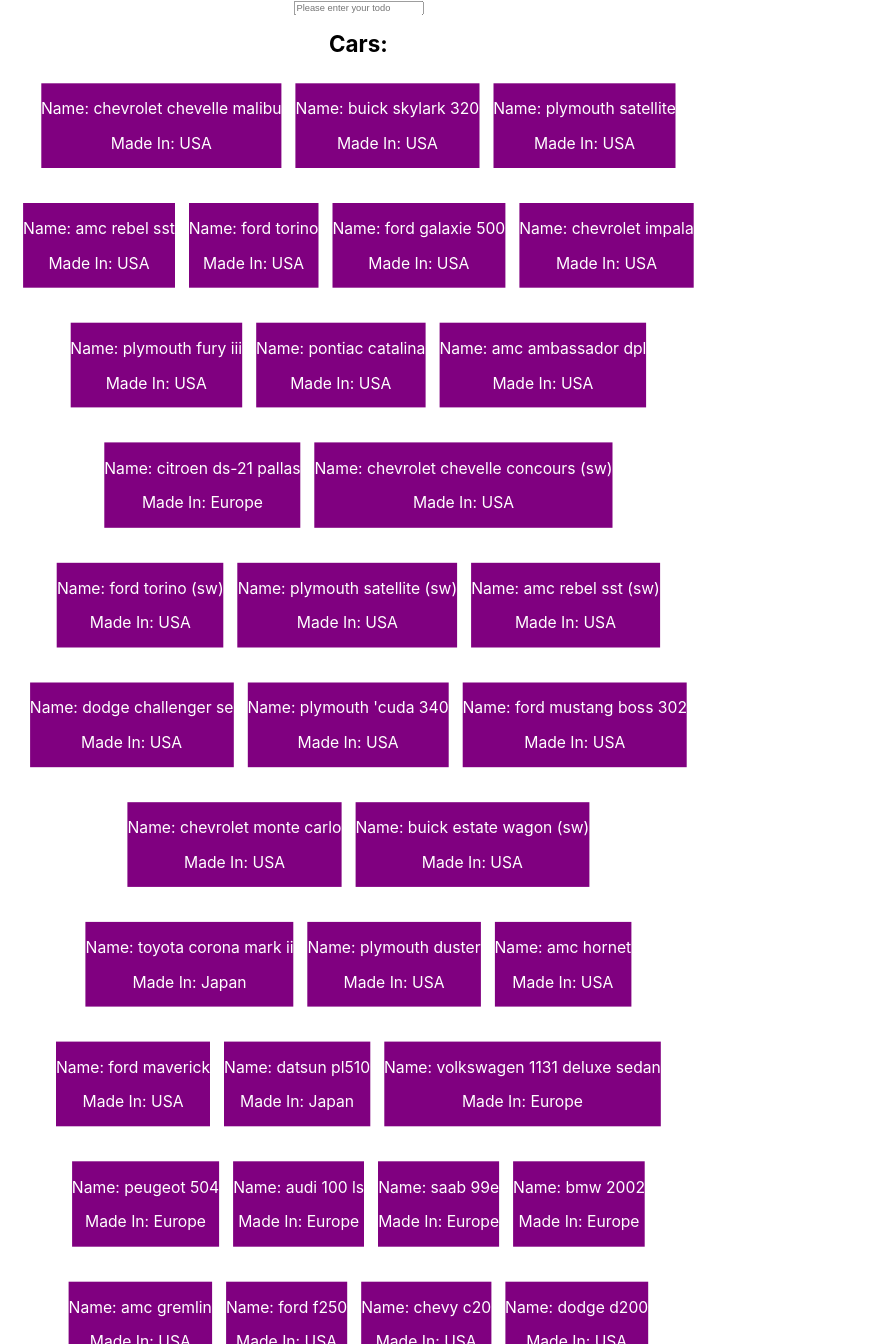
Repository: vhoreho/react
Page: / (app in myapp/)
An editor plug-in stored every save of this project. The page is shown before and after the next save, followed by the edit.
The browser window is 1280 px wide. The pictures show the part of the page from y = 0 to 1920 px (the page is 23021 px tall before and 30662 px after), at 70% of full size.
The project was rebuilt for these pictures with package versions that can differ from the ones it lists, and the page was loaded fresh each time.

Above is the page before, as saved 2022-08-08 20:51:48.

After the next save:
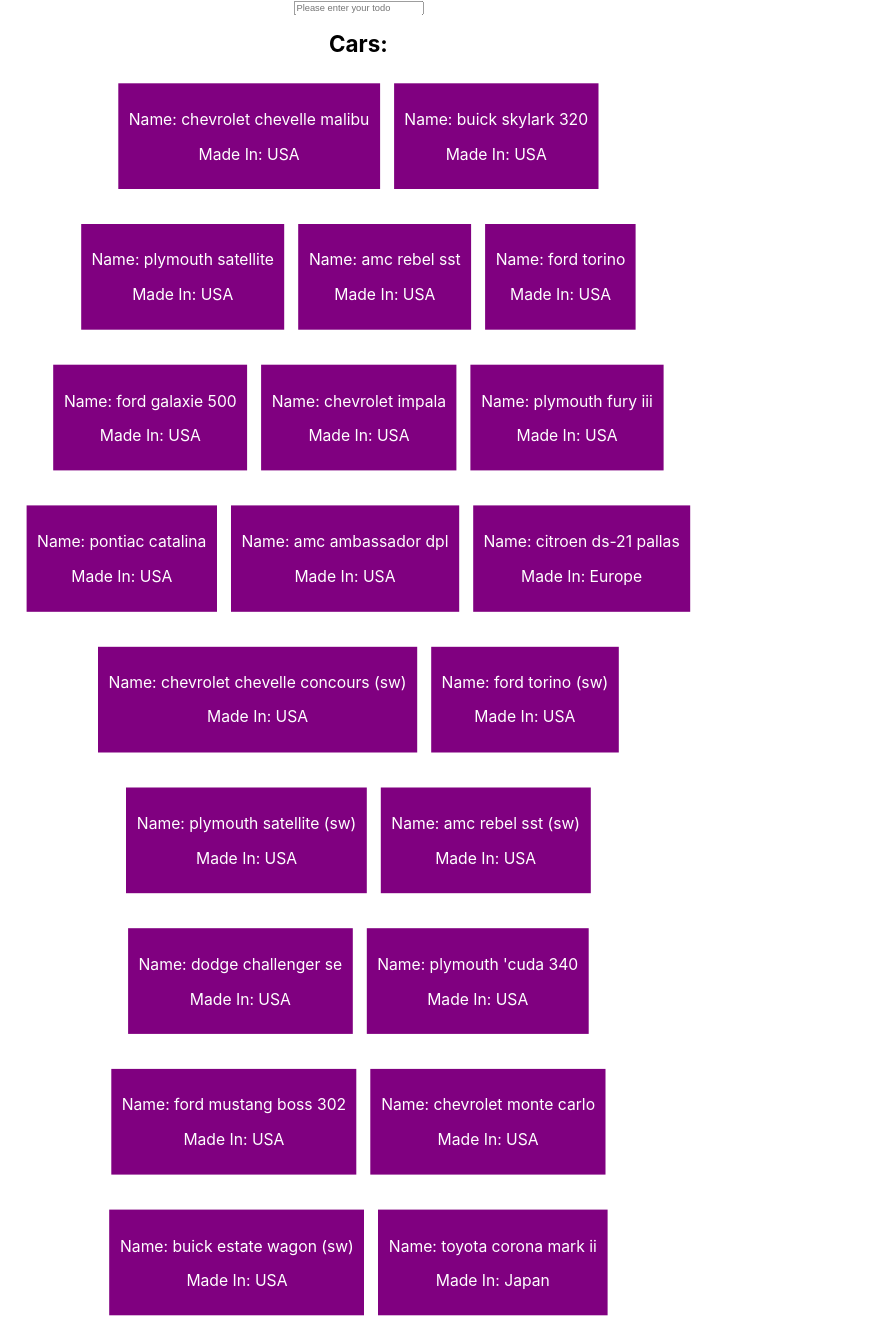
Saved 12 s later.
--- a/myapp/src/components/Car.js
+++ b/myapp/src/components/Car.js
@@ -4,7 +4,8 @@
   return (
     <li style={{
       margin: '15px 0',
-      background: 'purple'
+      background: 'purple',
+      padding: '15px'
     }}>
       <p>Name: {props.Name}</p>
       <p>Made In: {props.Origin}</p>
